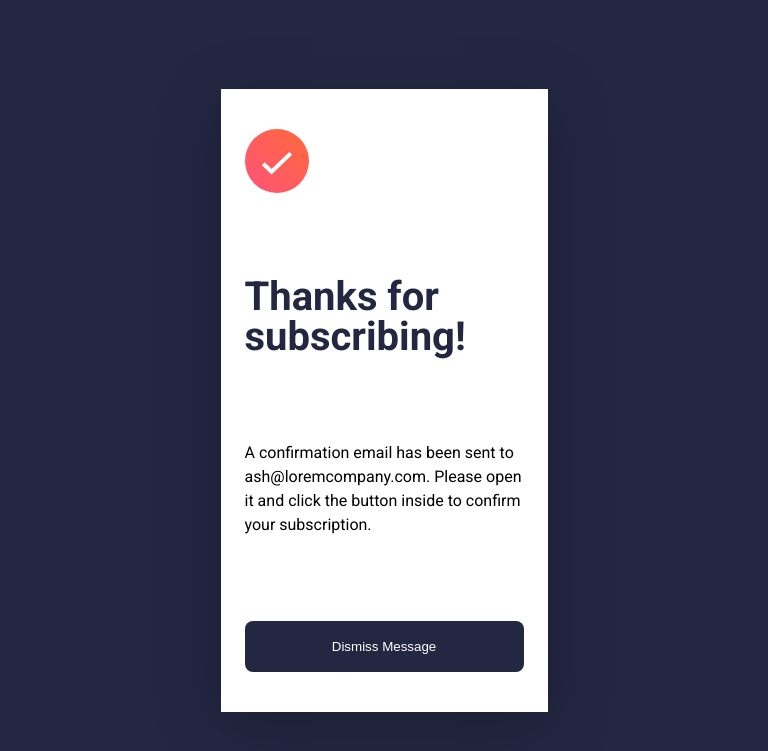
Repository: brandontaylor1/newsletter-signup
Page: success.html
An editor plug-in stored every save of this project. The page is shown before and after the next save, followed by the edit.
The browser window is 768 px wide. The pictures show the whole page.

Above is the page before, as saved 2025-01-20 10:15:19.

### success.html
<!DOCTYPE html>
<html lang="en">
<head>
    <meta charset="UTF-8">
    <meta name="viewport" content="width=device-width, initial-scale=1.0">
    <link rel="preconnect" href="https://fonts.googleapis.com">
    <link rel="preconnect" href="https://fonts.gstatic.com" crossorigin>
    <link href="https://fonts.googleapis.com/css2?family=Roboto:ital,wght@0,100..900;1,100..900&display=swap" rel="stylesheet">
    <link rel="stylesheet" href="success.css">
    <title>Success | Newsletter Sign Up</title>
</head>
<body>
    <main class="container">
        <div class="success-card">
            <img src="./assets/images/icon-success.svg" alt="success icon">
            <h1>Thanks for subscribing!</h1>
            <p>A confirmation email has been sent to <span>ash@loremcompany.com</span>. Please open it and click the button inside to confirm your subscription.</p>
            <button id="dismiss-btn">Dismiss Message</button>
        </div>
    </main>


    <script src="success.js"></script>
</body>
</html>

### success.css
* {
    margin: 0;
    padding: 0;
    box-sizing: border-box;
}

:root {
    /* COLORS */

    --primary-color-tomato: hsl(4, 100%, 67%);
    --neutral-color-white: hsl(0, 0%, 100%);
    --neutral-color-darkGray: hsl(234, 29%, 20%);
    --neutral-color-charcoalGray: hsl(235, 18%, 26%);
    --neutral-color-gray: hsl(231, 7%, 60%);

    /* FONTS */
    --fontWeight-regular: 400;
    --fontWeight-heavy: 700;
}

body {
    font-family: "Roboto", sans-serif;
    font-size: 16px;
    line-height: 1.5;
}

.container {
    display: flex;
    justify-content: center;
    align-items: center;
    height: 100vh;
    background-color: var(--neutral-color-darkGray);
}

.success-card {
    width: 504px;
    height: 520px;
    background-color: var(--neutral-color-white);
    border-radius: 36px;
    box-shadow: 0px 15px 60px 0px rgba(0, 0, 0, 0.25);
    padding: 64px 64px;
    display: flex;
    flex-direction: column;
    justify-content: space-between;
    align-items: left;

}

.success-card h1 {
    color: var(--neutral-color-darkGray);
    /* Heading */
    font-family: Roboto;
    font-size: 56px;
    font-style: normal;
    font-weight: 700;
    line-height: 100%; /* 56px */
}

.success-card img {
    width: 64px;
    height: 64px;
}

button {
    width: 100%;
    padding: 18px 0;
    text-align: center;
    border: none;
    cursor: pointer;
    border-radius: 8px;
    background: var(--Dark-Navy, #242742);
    color: white;
    transition: all 0.3s ease;
}

button:hover {
    background: var(--Gradient-1, linear-gradient(204deg, #FF6A3A 0%, #FF527B 100%));
    box-shadow: 0px 16px 32px 0px rgba(255, 97, 85, 0.50);
}


/* Responsive */

@media screen and (max-width: 800px) {

    .container {
        display: flex;
        flex-direction: column;
        align-items: center;
        justify-content: center;
    }

    .success-card {
        width: 327px;
        height: 623px;
        padding: 40px 24px;
        border-radius: 0px;
    }

    .success-card h1 {
        width: 100%;
        color: var(--Dark-Navy, #242742);
        font-feature-settings: 'liga' off, 'clig' off;
        font-family: Roboto;
        font-size: 40px;
        font-style: normal;
        font-weight: 700;
        line-height: 100%; /* 40px */
    }
}

### success.js
const dismissBtn = document.querySelector('#dismiss-btn');

dismissBtn.addEventListener('click', () => {
    window.location.href = 'index.html';
})

After the next save:
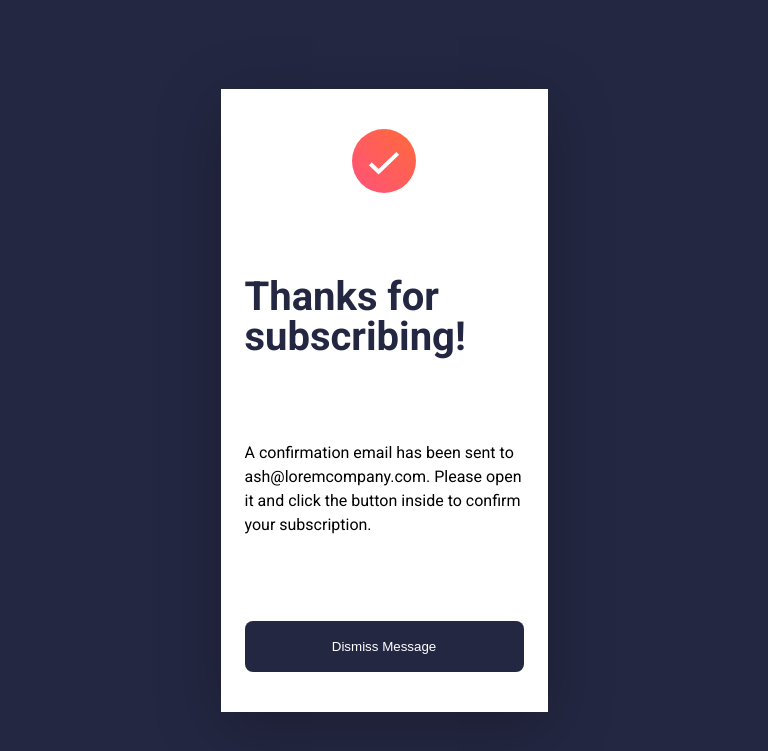
Saved 49 s later.
--- a/success.css
+++ b/success.css
@@ -95,7 +95,12 @@
         height: 623px;
         padding: 40px 24px;
         border-radius: 0px;
+        display: flex;
+        flex-direction: column;
+        justify-content: space-between;
+        align-items: center;
     }
+
 
     .success-card h1 {
         width: 100%;

After the save that followed:
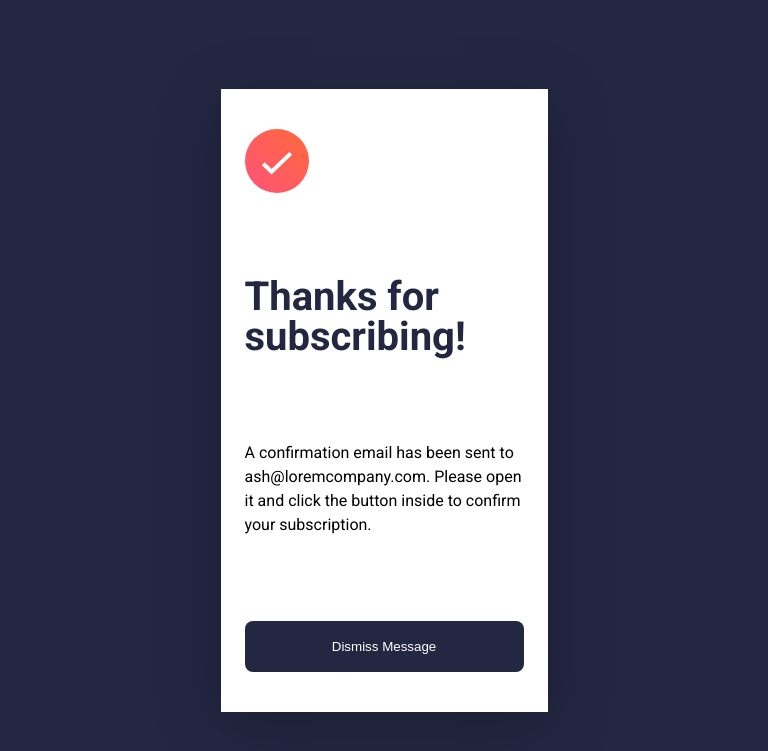
Saved 6 s later.
--- a/success.css
+++ b/success.css
@@ -98,7 +98,6 @@
         display: flex;
         flex-direction: column;
         justify-content: space-between;
-        align-items: center;
     }
 
 
